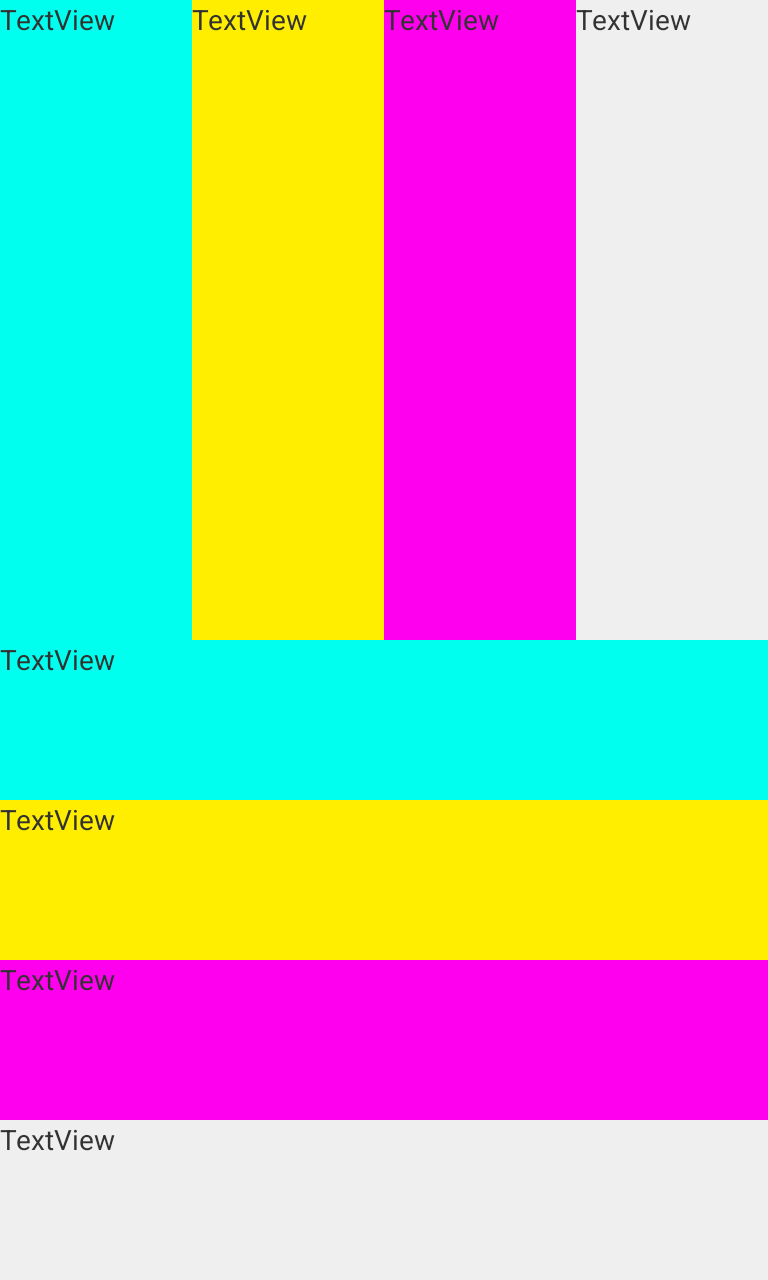
Repository: IvyZh/hm66
Layout: 黑马项目/res/layout/activity_framelayout.xml
The author's editor kept a copy of each file at every save. The layout is drawn from the files as they stood at one save, then again after the next save.
It is drawn on a 768 x 1280 px phone screen (xhdpi) without system bars, with theme AppTheme; the app's code is not run.

Above is the layout before, as saved 2016-05-17 17:26:25.

After the next save:
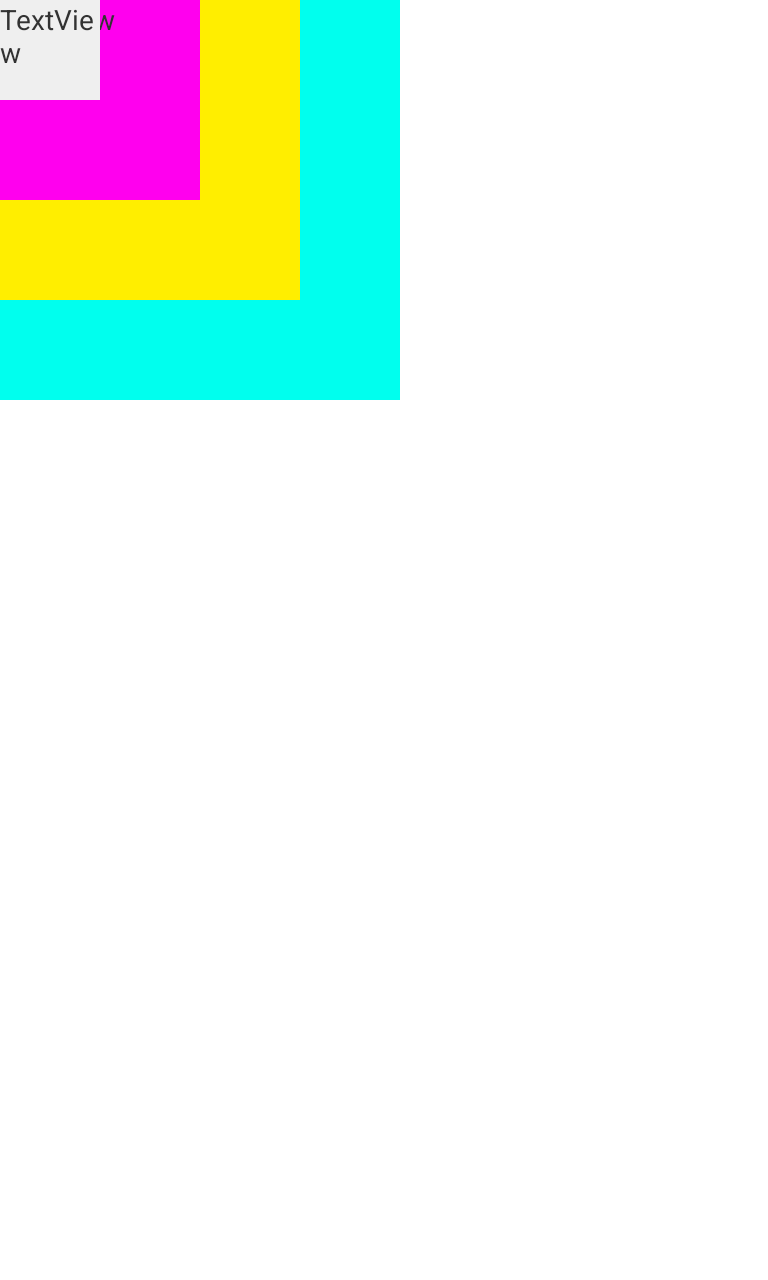
Saved 4 min 40 s later.
--- a/黑马项目/res/layout/activity_framelayout.xml
+++ b/黑马项目/res/layout/activity_framelayout.xml
@@ -1,77 +1,35 @@
-<LinearLayout xmlns:android="http://schemas.android.com/apk/res/android"
+<FrameLayout xmlns:android="http://schemas.android.com/apk/res/android"
     xmlns:tools="http://schemas.android.com/tools"
     android:layout_width="match_parent"
     android:layout_height="match_parent"
-    android:orientation="vertical" >
+     >
 
-    <LinearLayout
-        android:layout_width="match_parent"
-        android:layout_height="0dp"
-        android:layout_weight="1"
-        android:orientation="horizontal" >
 
         <TextView
-            android:layout_width="0dp"
-            android:layout_height="match_parent"
-            android:layout_weight="1"
+            android:layout_width="200dp"
+            android:layout_height="200dp"
             android:background="#00ffee"
             android:text="TextView" />
 
         <TextView
-            android:layout_width="0dp"
-            android:layout_height="match_parent"
-            android:layout_weight="1"
+            android:layout_width="150dp"
+            android:layout_height="150dp"
             android:background="#ffee00"
             android:text="TextView" />
 
         <TextView
-            android:layout_width="0dp"
-            android:layout_height="match_parent"
-            android:layout_weight="1"
+            android:layout_width="100dp"
+            android:layout_height="100dp"
             android:background="#ff00ee"
             android:text="TextView" />
 
         <TextView
-            android:layout_width="0dp"
-            android:layout_height="match_parent"
+            android:layout_width="50dp"
+            android:layout_height="50dp"
             android:layout_weight="1"
             android:background="#efefef"
             android:text="TextView" />
-    </LinearLayout>
 
-    <LinearLayout
-        android:layout_width="match_parent"
-        android:layout_height="0dp"
-        android:layout_weight="1"
-        android:orientation="vertical" >
 
-        <TextView
-            android:layout_width="match_parent"
-            android:layout_height="0dp"
-            android:layout_weight="1"
-            android:background="#00ffee"
-            android:text="TextView" />
 
-        <TextView
-            android:layout_width="match_parent"
-            android:layout_height="0dp"
-            android:layout_weight="1"
-            android:background="#ffee00"
-            android:text="TextView" />
-
-        <TextView
-            android:layout_width="match_parent"
-            android:layout_height="0dp"
-            android:layout_weight="1"
-            android:background="#ff00ee"
-            android:text="TextView" />
-
-        <TextView
-            android:layout_width="match_parent"
-            android:layout_height="0dp"
-            android:layout_weight="1"
-            android:background="#efefef"
-            android:text="TextView" />
-    </LinearLayout>
-
-</LinearLayout>
+</FrameLayout>
